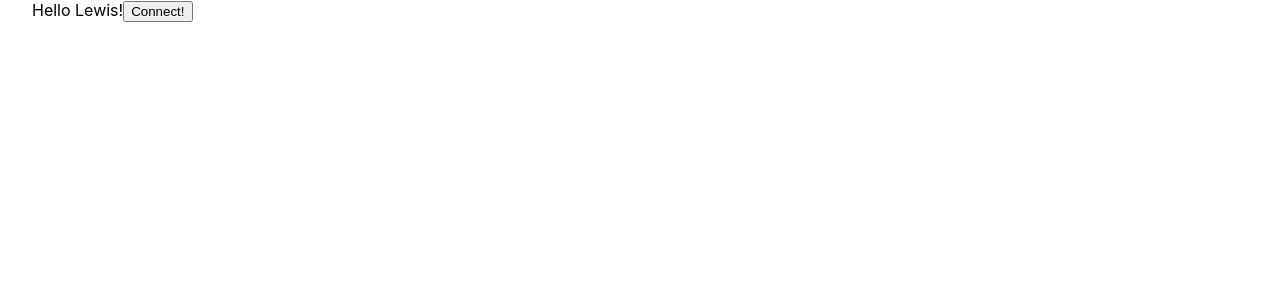
Repository: woojinShim/connecting-dApps-to-metamask
Page: / (app in nextjs-ethers/)
These files come from the project's save history. The page is drawn as it stood at one moment and after the next save; the edit follows.
The browser window is 1280 px wide. The pictures show the whole page.
The project was rebuilt for these pictures with package versions that can differ from the ones it lists, and the page was loaded fresh each time. The framework's server and built-in components were replaced by stand-ins that run in the browser. Also part of the build but not shown: nextjs-ethers/next.config.js.

Above is the page before, as saved 2022-02-27 19:10:39.

After the next save:
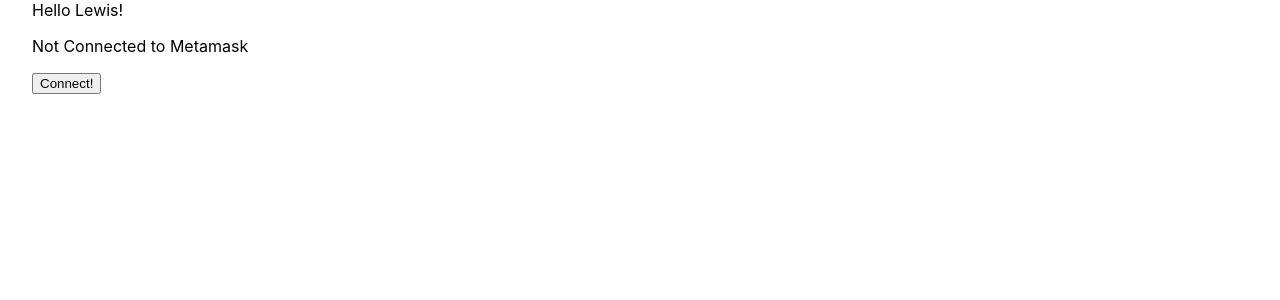
Saved 2 min 13 s later.
--- a/nextjs-ethers/pages/index.js
+++ b/nextjs-ethers/pages/index.js
@@ -32,6 +32,7 @@ export default function Home() {
   return (
     <div className={styles.container}>
       Hello Lewis!
+      {isConnected ? <p>Connected to Metamask</p> : <p>Not Connected to Metamask</p>}
       <button onClick={() => connect()}>Connect!</button>
     </div>
   );
